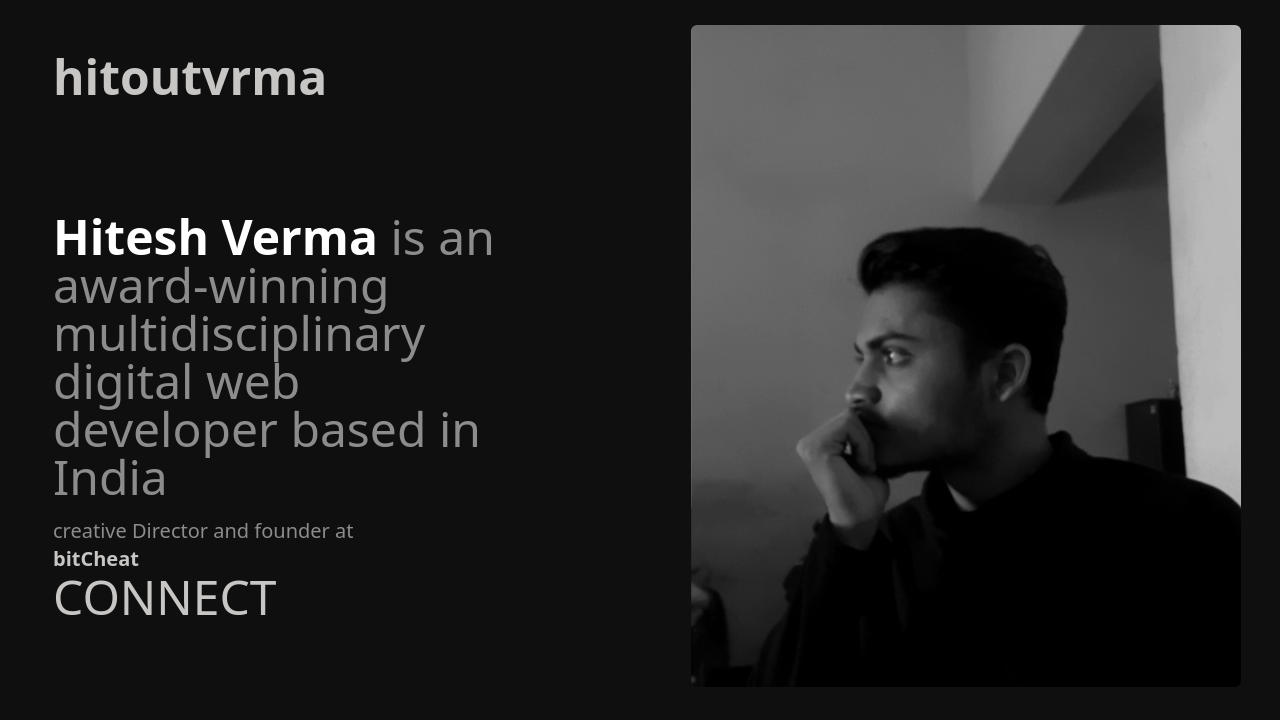
Repository: hitoutvrma/portfolio
Page: /
The author's editor kept a copy of each file at every save. The page is drawn from the files as they stood at one save, then again after a run of saves.
The browser window is 1280 px wide. The pictures show the whole page.
The project was rebuilt for these pictures with package versions that can differ from the ones it lists, and the page was loaded fresh each time. Also part of the build but not shown: vite.config.js.

Above is the page before, as saved 2025-03-07 01:07:16.

After the next 2 saves:
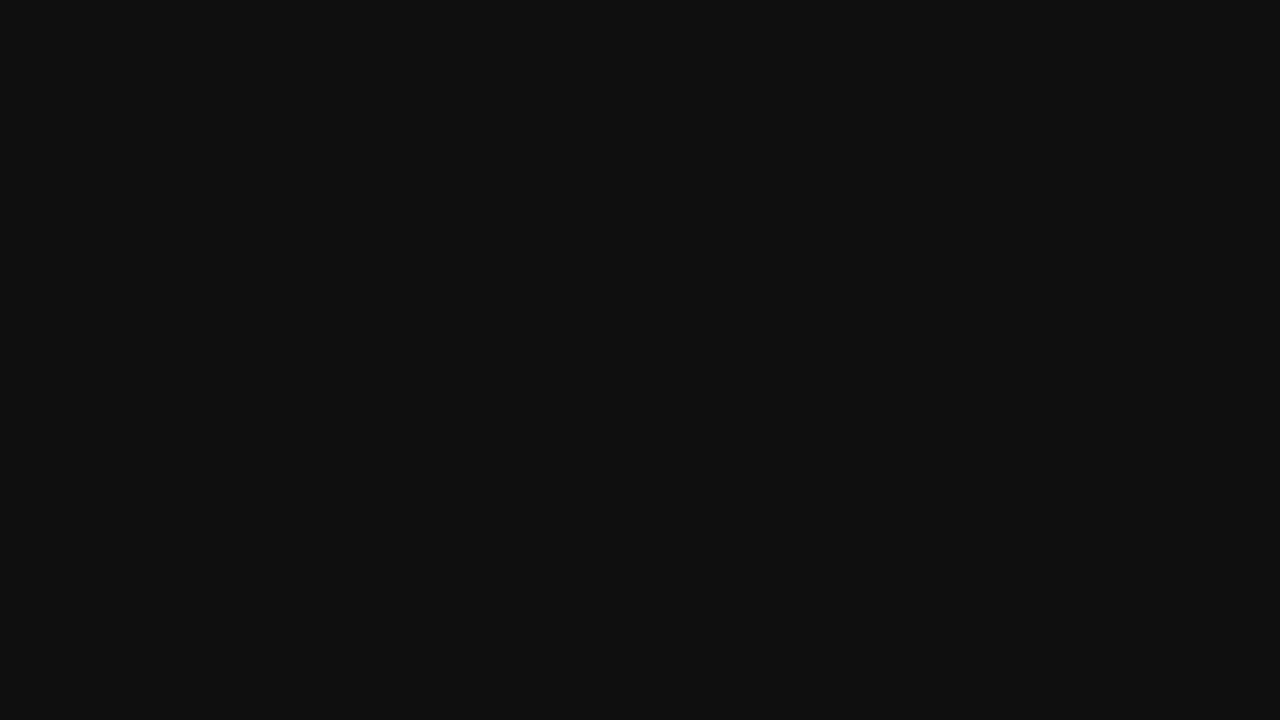
Console error: ReferenceError: P is not defined
The 2 saves are shown as one change because they came seconds apart.
The last was saved 12 s later.
--- a/src/App.jsx
+++ b/src/App.jsx
@@ -14,7 +14,7 @@
         </div>
         <div className=''>
           <p>CONNECT</p>
-
+          <P></P>
         </div>
         </div>
         <div style={{ backgroundImage: "url('/user.jpg')" }} className='sm:ml-[12vw] bg-cover bg-center w-[43vw] h-[92vh]  bg-[#3a3a3a] rounded-md'>

After the save that followed:
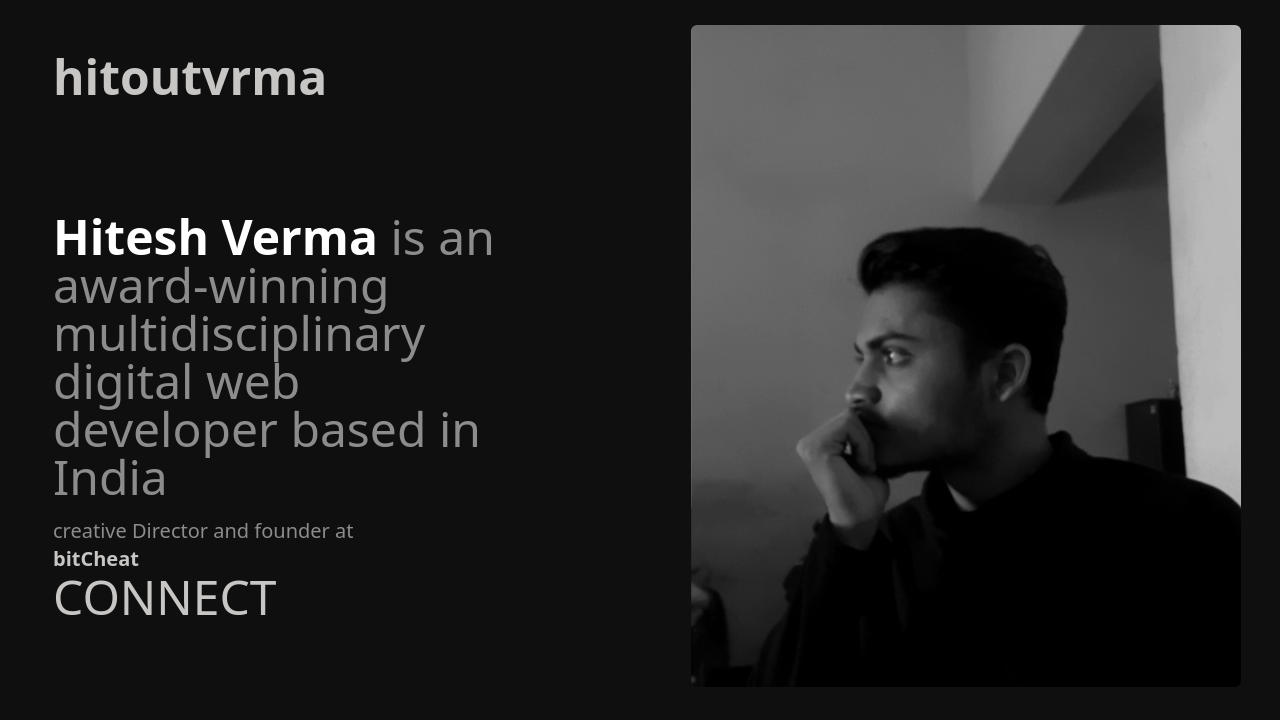
The error is gone.
Saved 4 s later.
--- a/src/App.jsx
+++ b/src/App.jsx
@@ -14,7 +14,7 @@
         </div>
         <div className=''>
           <p>CONNECT</p>
-          <P></P>
+          <p></p>
         </div>
         </div>
         <div style={{ backgroundImage: "url('/user.jpg')" }} className='sm:ml-[12vw] bg-cover bg-center w-[43vw] h-[92vh]  bg-[#3a3a3a] rounded-md'>
